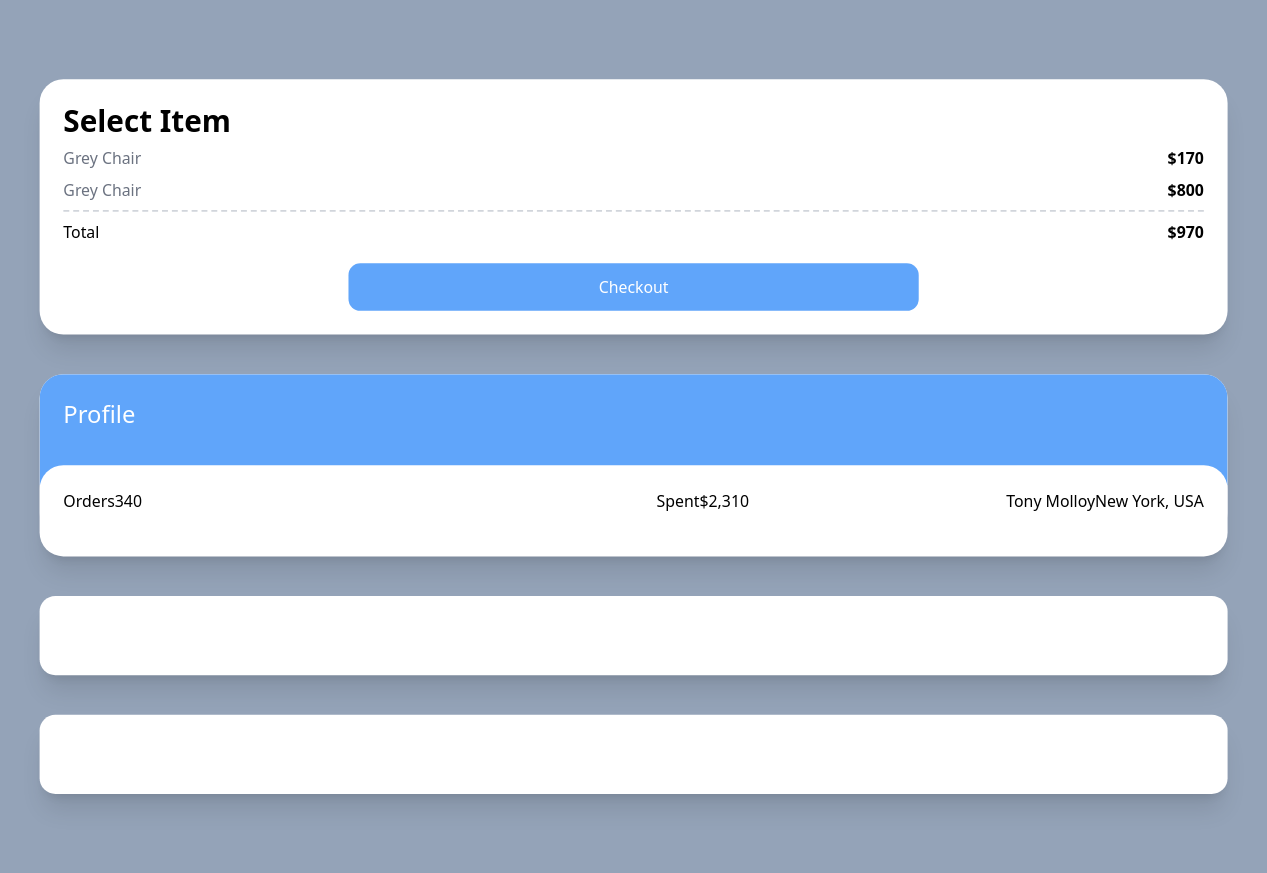
Repository: pjk0007/nextjs-carrot-marcket
Page: /
These files come from the project's save history. The page is drawn as it stood at one moment and after the next save; the edit follows.
The browser window is 1280 px wide. The pictures show the whole page, at 99% of full size.
The project was rebuilt for these pictures with package versions that can differ from the ones it lists, and the page was loaded fresh each time. The framework's server and built-in components were replaced by stand-ins that run in the browser. Also part of the build but not shown: next.config.js.

Above is the page before, as saved 2022-04-30 13:11:33.

After the next save:
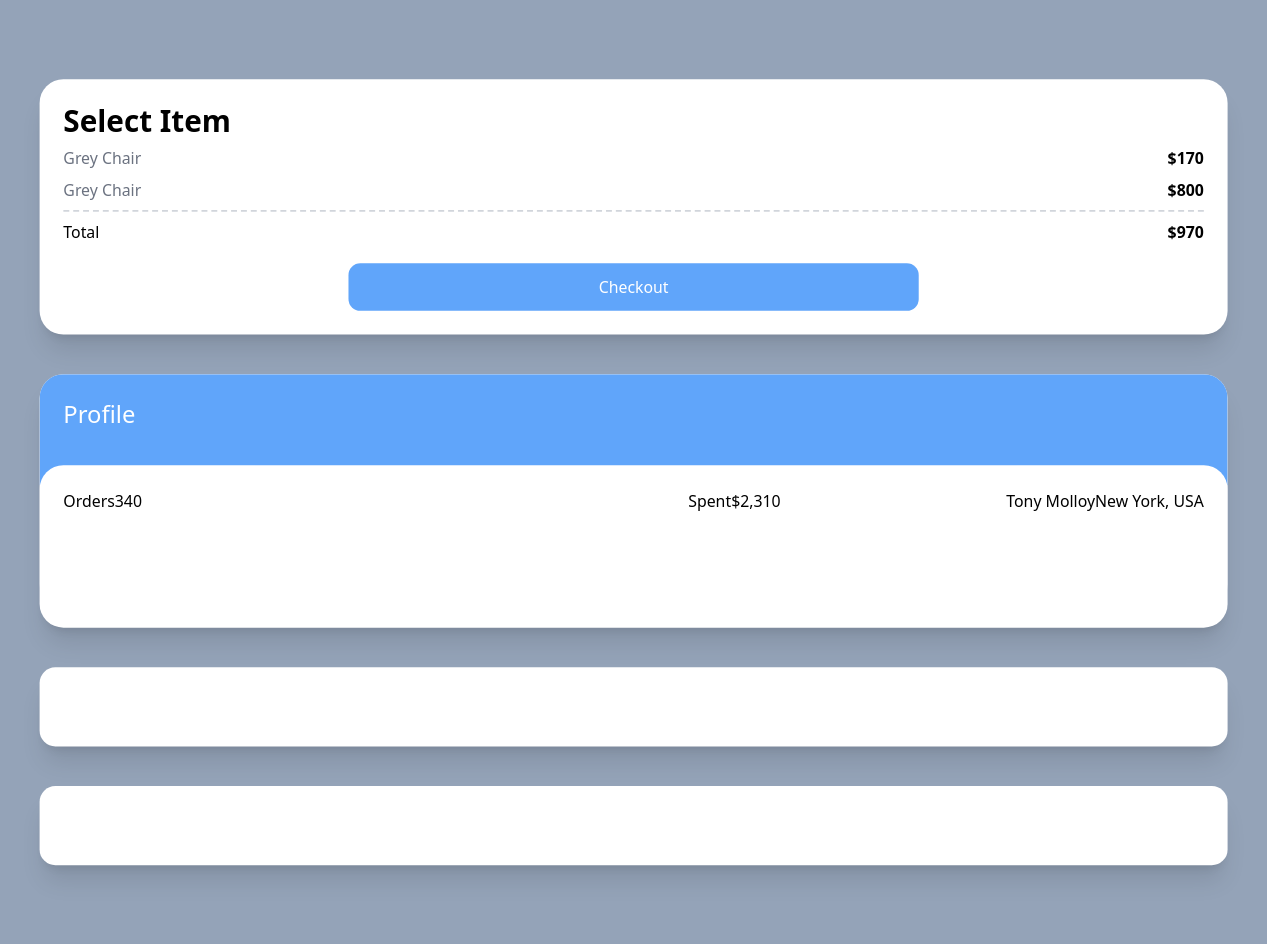
Saved 11 s later.
--- a/pages/index.tsx
+++ b/pages/index.tsx
@@ -29,7 +29,7 @@ const Home: NextPage = () => {
               <span>Orders</span>
               <span>340</span>
             </div>
-            <div />
+            <div className='h-24 w-24'/>
             <div>
               <span>Spent</span>
               <span>$2,310</span>
